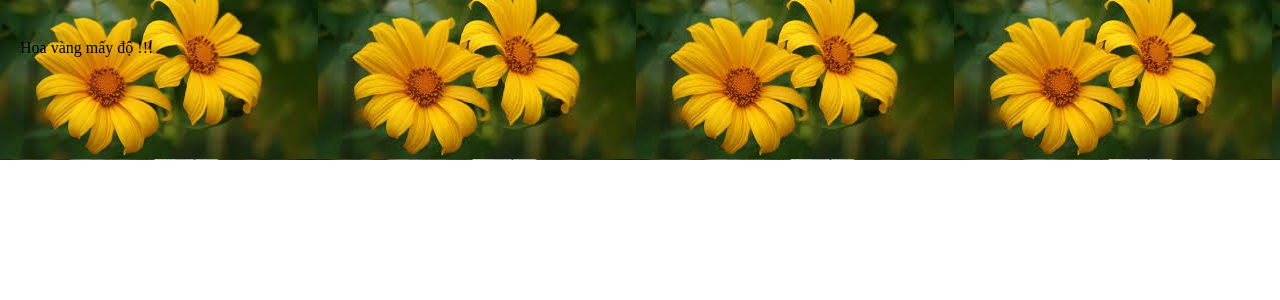
Repository: Tan-Khang21/TH_TKW--Buoi_07
Page: Bai_Tap_Tren_lop/Bai_05/opacity2.html
An editor plug-in stored every save of this project. The page is shown before and after the next save, followed by the edit.
The browser window is 1280 px wide. The pictures show the whole page.

Above is the page before, as saved 2024-03-12 16:53:50.

### Bai_Tap_Tren_lop/Bai_05/opacity2.html
<!DOCTYPE html>
<html lang="en">
  <head>
    <meta charset="UTF-8" />
    <meta name="viewport" content="width=device-width, initial-scale=1.0" />
    <title>Document</title>
    <link rel="stylesheet" href="style.css" />
    <link rel="stylesheet" href="reset.css" />
  </head>
  <body>
    <div class="container" style="background-image: url(images/images.jpg)">
      <div class="boxtext">
        <p class="text">Hoa vàng mấy độ !!!</p>
      </div>
    </div>
  </body>
</html>

### Bai_Tap_Tren_lop/Bai_05/style.css
* {
  box-sizing: border-box;
}
body {
  width: 100%;
}
.container {
  width: 100%;
  height: 160px;
  padding: 40px 20px;
}
.boxtext {
  background-color: 50%;
}

Loaded but not shown: Bai_Tap_Tren_lop/Bai_05/reset.css (common file)

After the next save:
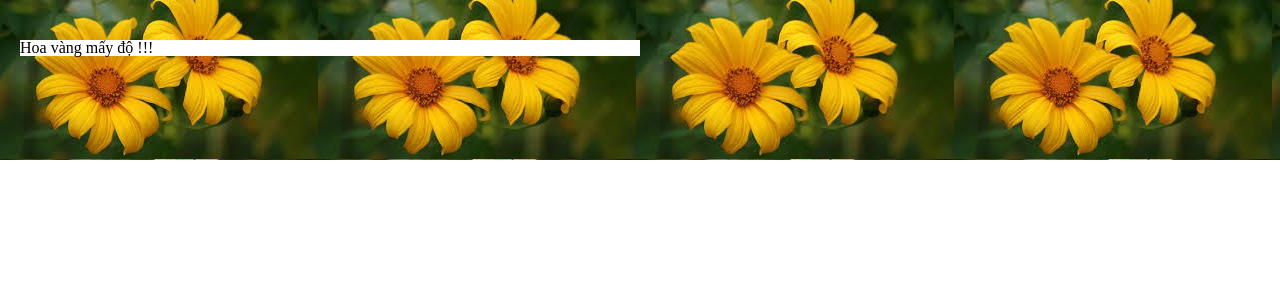
Saved 28 s later.
--- a/Bai_Tap_Tren_lop/Bai_05/style.css
+++ b/Bai_Tap_Tren_lop/Bai_05/style.css
@@ -10,5 +10,6 @@ body {
   padding: 40px 20px;
 }
 .boxtext {
-  background-color: 50%;
+  width: 50%;
+  background-color: white;
 }
